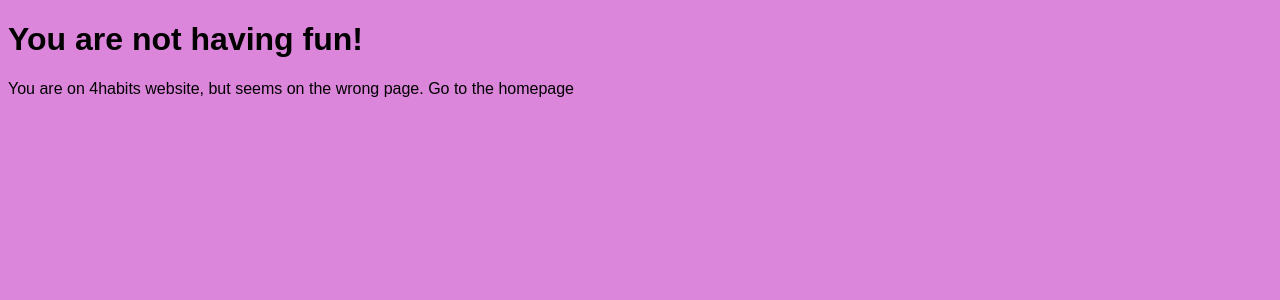
Repository: MLbier/project4habits
Page: public/404.html
These files come from the project's save history. The page is drawn as it stood at one moment and after the next save; the edit follows.
The browser window is 1280 px wide. The pictures show the whole page.

Above is the page before, as saved 2021-12-03 13:13:42.

### public/404.html
<!DOCTYPE html>
<html>
<head>
  <title>The page you were looking for doesn't exist (404)</title>
  <meta name="viewport" content="width=device-width,initial-scale=1">
  <style>

  .error-page {
    background-color:rgb(219, 133, 219);
    font-family: Arial, Helvetica, sans-serif;
    align-items: center;
  }
  .rails-default-error-page div.dialog {
    width: 95%;
    max-width: 33em;
    margin: 4em auto 0;
  }

  .rails-default-error-page div.dialog > div {
    border: 1px solid #CCC;
    border-right-color: #999;
    border-left-color: #999;
    border-bottom-color: #BBB;
    border-top: #B00100 solid 4px;
    border-top-left-radius: 9px;
    border-top-right-radius: 9px;
    background-color: white;
    padding: 7px 12% 0;
    box-shadow: 0 3px 8px rgba(50, 50, 50, 0.17);
  }

  .rails-default-error-page h1 {
    font-size: 100%;
    color: #730E15;
    line-height: 1.5em;
  }

  .rails-default-error-page div.dialog > p {
    margin: 0 0 1em;
    padding: 1em;
    background-color: #F7F7F7;
    border: 1px solid #CCC;
    border-right-color: #999;
    border-left-color: #999;
    border-bottom-color: #999;
    border-bottom-left-radius: 4px;
    border-bottom-right-radius: 4px;
    border-top-color: #DADADA;
    color: #666;
    box-shadow: 0 3px 8px rgba(50, 50, 50, 0.17);
  }
  </style>
</head>

<body class="error-page text-center">
  <!-- This file lives in public/404.html -->
  <div class="dialog">
    <div>
      <h1>You are not having fun!</h1>
      <p>You are on 4habits website, but seems on the wrong page. Go to the homepage</p>
    </div>

  </div>
</body>
</html>

After the next save:
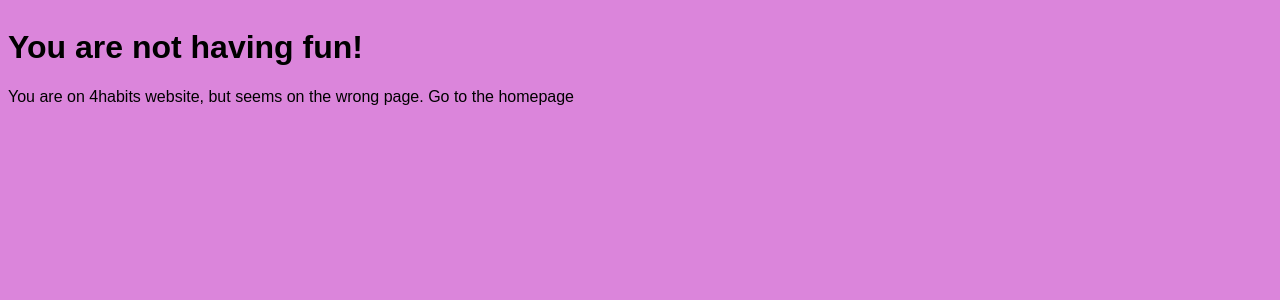
Saved 35 s later.
--- a/public/404.html
+++ b/public/404.html
@@ -8,7 +8,7 @@
   .error-page {
     background-color:rgb(219, 133, 219);
     font-family: Arial, Helvetica, sans-serif;
-    align-items: center;
+    align-content: center;
   }
   .rails-default-error-page div.dialog {
     width: 95%;
@@ -52,7 +52,7 @@
   </style>
 </head>
 
-<body class="error-page text-center">
+<body class="error-page">
   <!-- This file lives in public/404.html -->
   <div class="dialog">
     <div>
